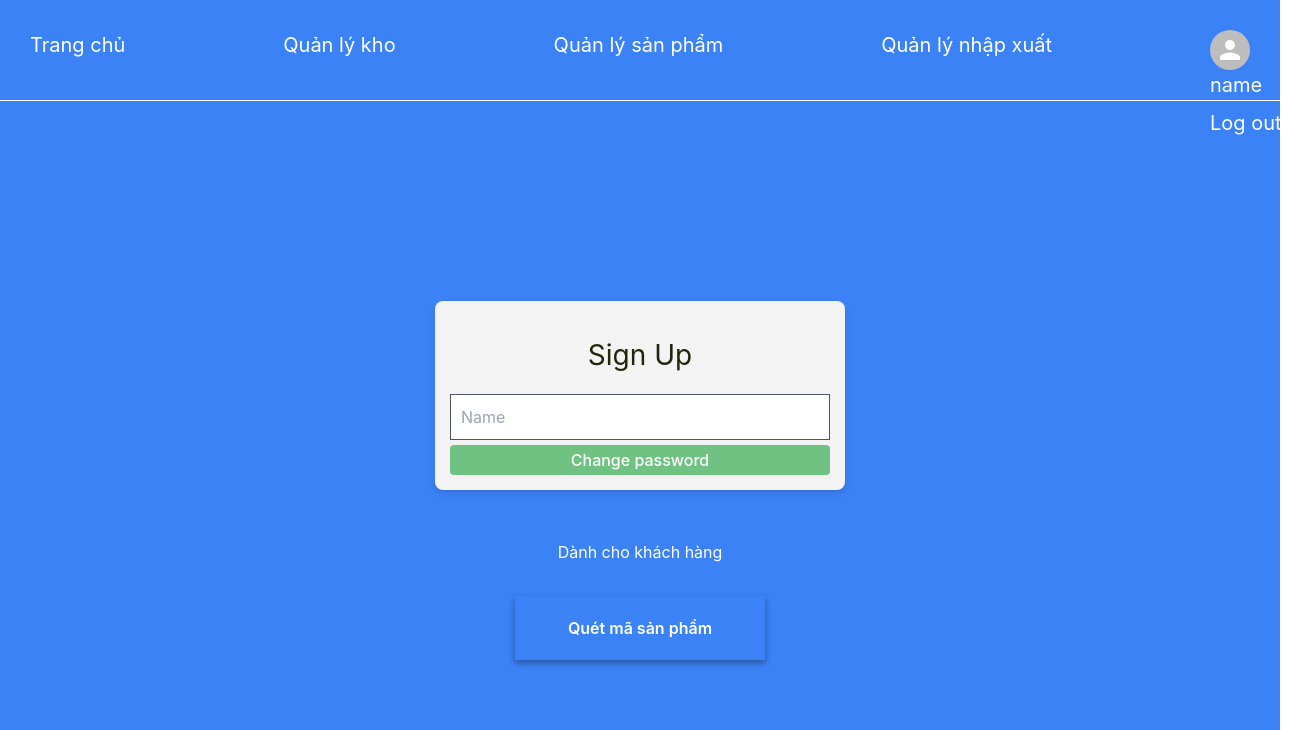
Repository: Kiendz3202/warehouse-management
Page: /change-password
These files come from the project's save history. The page is drawn as it stood at one moment and after the next save; the edit follows.
The browser window is 1280 px wide. The page is 1310 px wide, then 1280 px, so the pictures cover 1310 px, including what lies to the right of the window. The pictures show the whole page.
The project was rebuilt for these pictures with package versions that can differ from the ones it lists, and the page was loaded fresh each time. Some packages were replaced by stand-ins written for this rebuild. The framework's server and built-in components were replaced by stand-ins that run in the browser. Also part of the build but not shown: next.config.js, components/UI/Loading.js.

Above is the page before, as saved 2022-08-11 00:20:29.

After the next save:
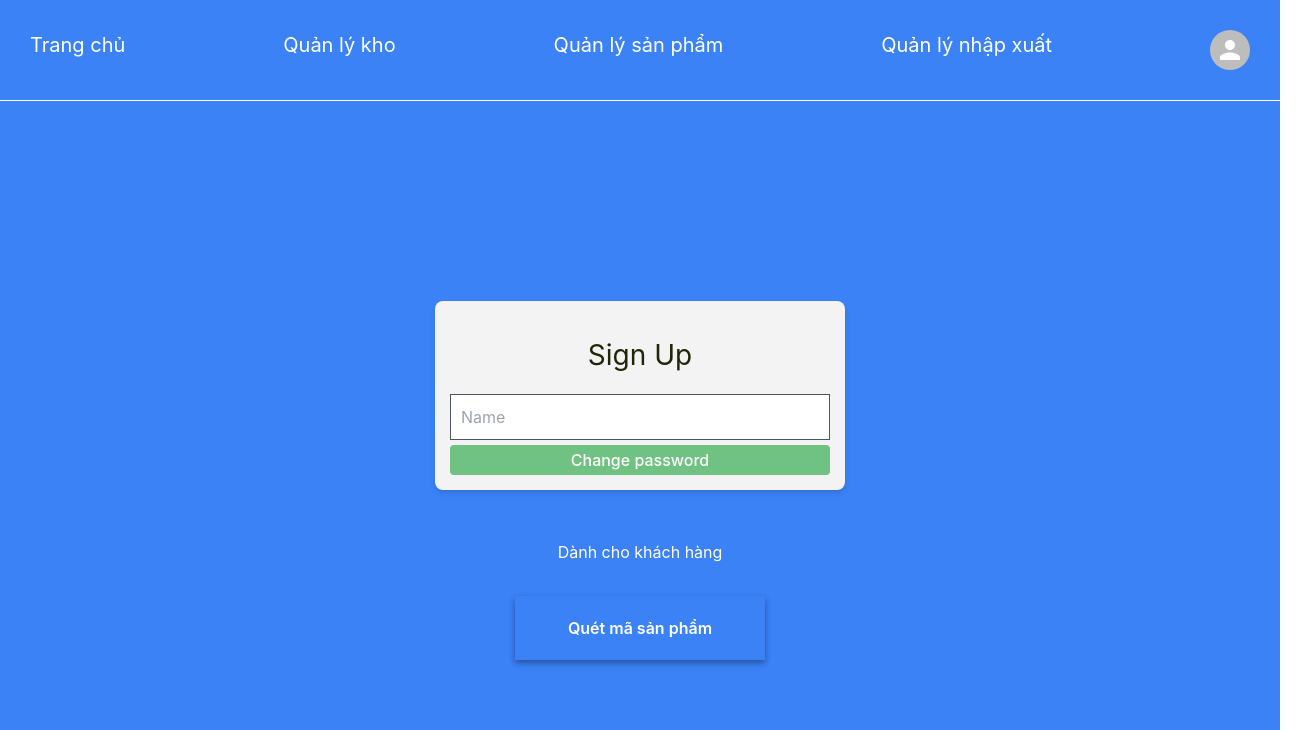
Saved 53 s later.
--- a/components/Header/Header.js
+++ b/components/Header/Header.js
@@ -16,10 +16,10 @@ function Header() {
             <div><Link href='/io-management'><span className=' cursor-pointer hover:opacity-80'>Quản lý nhập xuất</span></Link></div>
             {/* <div><span className=' cursor-pointer hover:opacity-80'>Quản lý giao vận</span></div> */}
             <div onClick={displayHandle} className=' relative'><span className='cursor-pointer'><Avatar /></span>
-                <div className=' absolute b-[0px] w-[100px]'>
+                {display ? <div className=' absolute b-[0px] w-[100px]'>
                     <div className='cursor-pointer mb-2'>name</div>
                     <div className='cursor-pointer'>Log out</div>
-                </div>
+                </div> : ''}
             </div>
         </div>
     )
